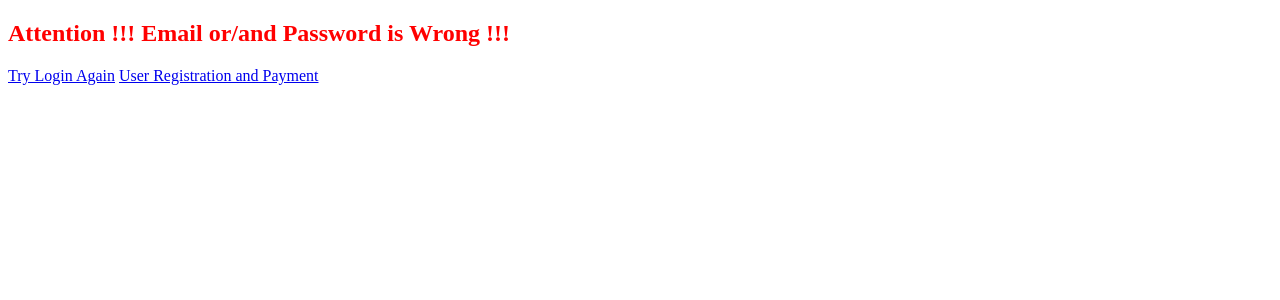
Repository: Shivani2392/FlyAwayProject
Page: http://localhost/FlightBookingPortal/Error1.jsp
An editor plug-in stored every save of this project. The page is shown before and after the next save, followed by the edit.
The browser window is 1280 px wide. The pictures show the whole page.
The page is served by Tomcat 9.

Above is the page before, as saved 2020-11-20 15:36:29.

After the next save:
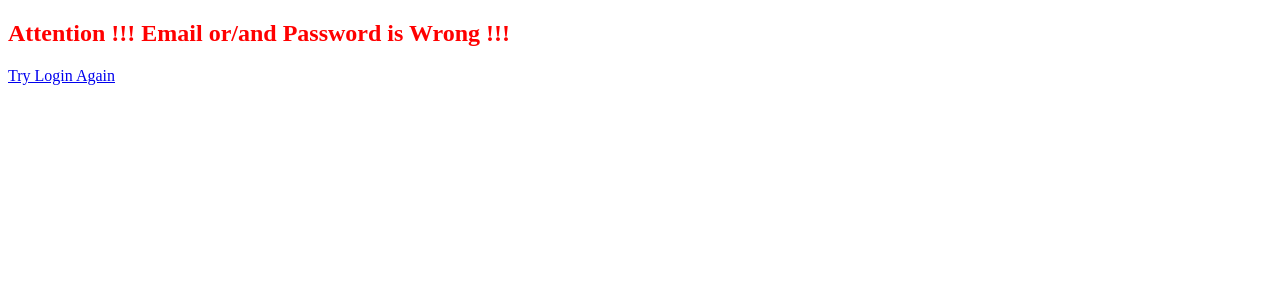
Saved 30 s later.
--- a/FlightBookingPortal/src/main/webapp/Error1.jsp
+++ b/FlightBookingPortal/src/main/webapp/Error1.jsp
@@ -9,6 +9,5 @@
 <body>
 <h2 style="color:red">Attention !!! Email or/and Password is Wrong !!!</h2>
 <a href="login.jsp">Try Login Again</a>
-<a href="Payement.jsp">User Registration and Payment</a>
 </body>
 </html>
